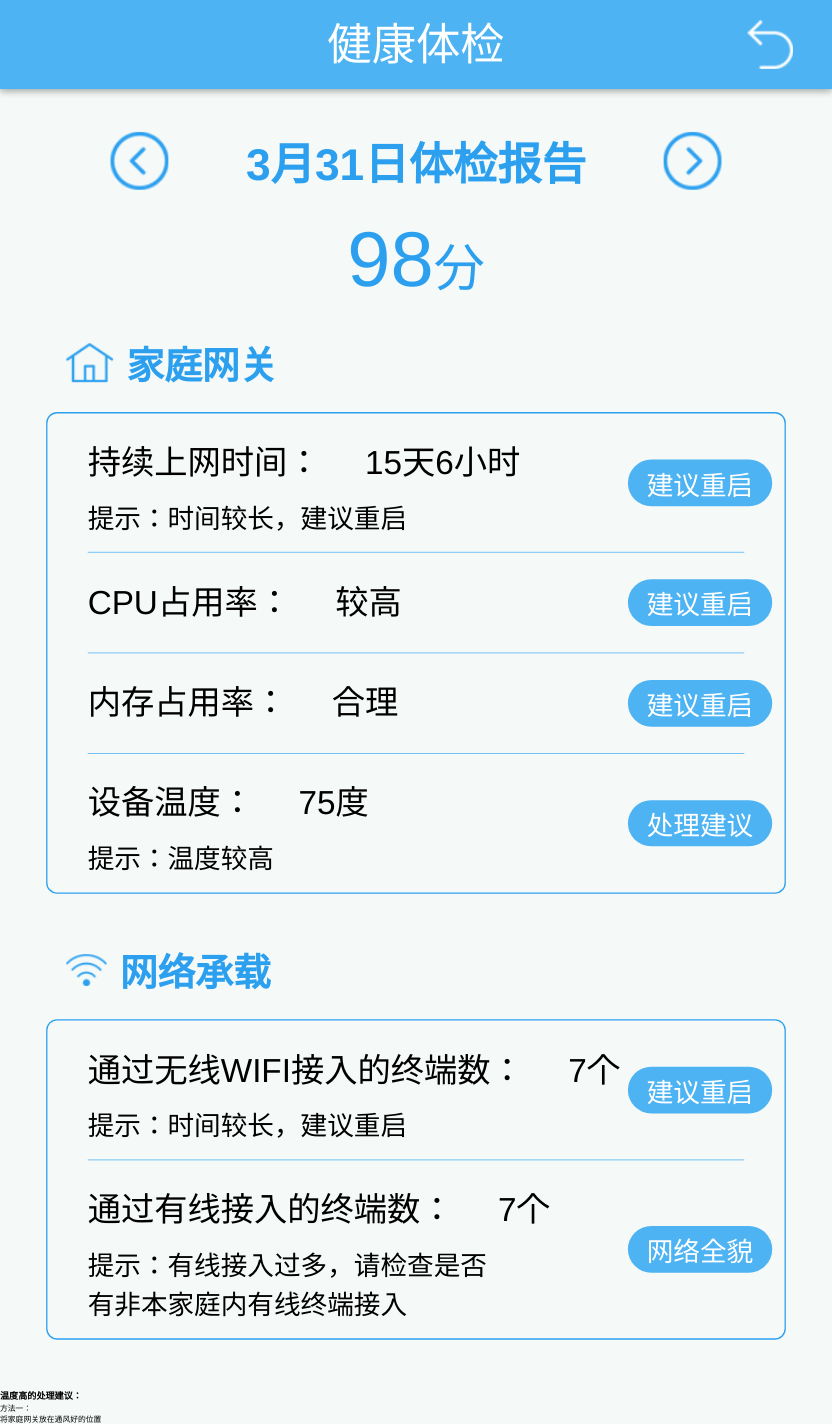
Repository: wangbiaozy/8.24
Page: index_health.html
The author's editor kept a copy of each file at every save. The page is drawn from the files as they stood at one save, then again after the next save.
The browser window is 1280 px wide. The pictures show the whole page, at 65% of full size.

Above is the page before, as saved 2018-08-23 20:51:01.

### index_health.html
<!DOCTYPE html>
<html lang="en">
<head>
    <meta charset="UTF-8">
    <meta name="viewport"
          content="width=device-width, user-scalable=no, initial-scale=1.0, maximum-scale=1.0, minimum-scale=1.0">
    <title>Title</title>
    <link rel="stylesheet" href="css/reset.min.css">
    <link rel="stylesheet/less" href="css/styles_health.less">
    <script src="js/less-1.7.0.min.js"></script>
</head>
<body>
    <header>
        <p>健康体检</p>
        <a class="back" href="javascript:void(0)"></a>
    </header>
    <main>
        <div class="head">
            <h2>
                <a href="javascript:void(0)"></a>
                <p><span>3月31日</span>体检报告</p>
                <a href="javascript:void(0)"></a>
            </h2>
            <p><span>98</span>分</p>
        </div>
        <div class="title">
            <span class="one"></span>
            <p>家庭网关</p>
        </div>
        <ul>
            <li>
                <p>持续上网时间：<span>15天6小时</span></p>
                <i>提示：时间较长，建议重启</i>
                <a href="javascript:void(0)">建议重启</a>
            </li>
            <li>
                <p>CPU占用率：<span>较高</span></p>
                <a href="javascript:void(0)">建议重启</a>
            </li>
            <li>
                <p>内存占用率：<span>合理</span></p>
                <a href="javascript:void(0)">建议重启</a>
            </li>
            <li>
                <p>设备温度：<span>75度</span></p>
                <i>提示：温度较高</i>
                <a class="hotBtn" href="javascript:void(0)">处理建议</a>
            </li>
        </ul>
        <div class="title">
            <span class="two"></span>
            <p>网络承载</p>
        </div>
        <ul>
            <li>
                <p>通过无线WIFI接入的终端数：<span>7个</span></p>
                <i>提示：时间较长，建议重启</i>
                <a href="javascript:void(0)">建议重启</a>
            </li>
            <li>
                <p>通过有线接入的终端数：<span>7个</span></p>
                <i>提示：有线接入过多，请检查是否有非本家庭内有线终端接入</i>
                <a href="javascript:void(0)">网络全貌</a>
            </li>
        </ul>
    </main>
    <!-- 高温处理建议弹窗 -->
    <section class="hot_tc">
        <h3>
            <span></span>
            <p>温度高的处理建议：</p>
        </h3>
        <ul>
            <li>
                <p>方法一：</p>
                <p>将家庭网关放在通风好的位置</p>
            </li>
        </ul>
    </section>
</body>
</html>
<script src="js/jquery-1.10.1.min.js"></script>
<script src="js/index.js"></script>

### css/reset.min.css
@charset "utf-8";
/*默认样式清除和初始化*/
body,h1,h2,h3,h4,h5,h6,hr,p,blockquote,dl,dt,dd,ul,ol,li,button,input,textarea,th,td{margin:0;padding:0}body{font-size:12px;font-style:normal;font-family:"\5FAE\8F6F\96C5\9ED1",Helvetica,sans-serif}small{font-size:12px}h1{font-size:18px}h2{font-size:16px}h3{font-size:14px}h4,h5,h6{font-size:100%}ul,ol{list-style:none}a{text-decoration:none;background-color:transparent}a:hover,a:active{outline-width:0;text-decoration:none}table{border-collapse:collapse;border-spacing:0}hr{border:0;height:1px}img{border-style:none}img:not([src]){display:none}svg:not(:root){overflow:hidden}html{-webkit-touch-callout:none;-webkit-text-size-adjust:100%}input,textarea,button,a{-webkit-tap-highlight-color:rgba(0,0,0,0)}article,aside,details,figcaption,figure,footer,header,main,menu,nav,section,summary{display:block}audio,canvas,progress,video{display:inline-block}audio:not([controls]),video:not([controls]){display:none;height:0}progress{vertical-align:baseline}mark{background-color:#ff0;color:#000}sub,sup{position:relative;font-size:75%;line-height:0;vertical-align:baseline}sub{bottom:-0.25em}sup{top:-0.5em}button,input,select,textarea{font-size:100%;outline:0}button,input{overflow:visible}button,select{text-transform:none}textarea{overflow:auto}button,html [type="button"],[type="reset"],[type="submit"]{-webkit-appearance:button}button::-moz-focus-inner,[type="button"]::-moz-focus-inner,[type="reset"]::-moz-focus-inner,[type="submit"]::-moz-focus-inner{border-style:none;padding:0}button:-moz-focusring,[type="button"]:-moz-focusring,[type="reset"]:-moz-focusring,[type="submit"]:-moz-focusring{outline:1px dotted ButtonText}[type="checkbox"],[type="radio"]{box-sizing:border-box;padding:0}[type="number"]::-webkit-inner-spin-button,[type="number"]::-webkit-outer-spin-button{height:auto}[type="search"]{-webkit-appearance:textfield;outline-offset:-2px}[type="search"]::-webkit-search-cancel-button,[type="search"]::-webkit-search-decoration{-webkit-appearance:none}::-webkit-input-placeholder{color:inherit;opacity:.54}::-webkit-file-upload-button{-webkit-appearance:button;font:inherit}.clear:after{display:block;height:0;content:"";clear:both}
*{ -webkit-tap-highlight-color: rgba(0,0,0,0);-webkit-tap-highlight-color: transparent; /* For some Androids */ }

### js/index.js
(function (doc, win) {
    var docEl = doc.documentElement,
        resizeEvt = 'orientationchange' in window ? 'orientationchange' : 'resize',
        recalc = function () {
            var clientWidth = docEl.clientWidth;
            if (!clientWidth) return;
            docEl.style.fontSize = 100 * (clientWidth / 750) + 'px';
        };
    if (!doc.addEventListener) return;
    win.addEventListener(resizeEvt, recalc, false);
    doc.addEventListener('DOMContentLoaded', recalc, false);
})(document, window);
$(function () {

    //首页一键体检
    $('#beforeBtn').on('click',function(){
        $('.before').hide();
        $('.check').show();
        $('.progress').circleProgress({
            value: 1,
            size: 115,
            startAngle: Math.PI/2,
            thickness: 14,
            animation: {duration:12000},//进度条完成时间（ms）
            fill: {
                gradient: ["#32edfd"]
            },
            //circle-animation-start：	function(event)-event - jQ事件
            //circle-animation-progress：	function(event, animationProgress, stepValue)：-event - jQ事件 animationProgress - 从0.0到1.0stepValue - 当前的步长值，从0.0到value
            //circle-animation-end:	function(event)：-event - jQ事件
        }).on('circle-animation-progress', function (event, progress, stepValue) {
                $(this).find('span').html(parseInt(stepValue.toFixed(2) * 100));
        }).on('circle-animation-end',function(){
            $('.message').removeClass('move');
            stop();
            $('.check').hide();
            $('.result').show();
        });
        start();
        messageMove();
    });

    //远程测速
    (function () {
        try {
            $('.progress_1').circleProgress({
                value: 1,
                size: 150,
                startAngle: Math.PI / 2,
                thickness: 14,
                animation: { duration: 24000 },//进度条完成时间（ms）
                fill: {
                    gradient: ["#32edfd"]
                },
            }).on('circle-animation-progress', function (event, progress, stepValue) {
                $(this).find('span').html(parseInt(stepValue.toFixed(2) * 100));
            }).on('circle-animation-end', function () {
                stop();
                $('.result_1').show();
                /* if(success){
                    $('.result_1').show();
                }else{
                    $('.result_2').show();
                } */
            });
            start();
        } catch{ }
    })();

    //优化按钮显示优化弹窗
    $('#showOptimizeTcBtn').on('click',function(){
        $('.tc_optimize').show();
    });


    //检查项滚动
    var messageInnerText = '1111';
    function messageScroll(){
        $('.message').children('li:first-child').remove();
        $('.message').append('<li>'+messageInnerText+'</li>');
        if(!$('.message').hasClass('move')){
            window.clearInterval(timer);
        }
    }
    function messageMove(){
        timer = window.setInterval(messageScroll,500);
    }


    //检测时间
    var hour,minute,second;
    hour=minute=second=0;
    var millisecond=0;
    var int;
    function start(){
        int=setInterval(times,50);
    }
    function times(){
        millisecond=millisecond+50;
        if(millisecond>=1000){
            millisecond=0;
            second=second+1;
        }
        if(second>=60){
            second=0;
            minute=minute+1;
        }

        if(minute>=60){
            minute=0;
            hour=hour+1;
        }
      $('#timeText').text((hour<10?"0"+hour:hour)+':'+(minute<10?"0"+minute:minute)+':'+(second<10?"0"+second:second));
    }
    function stop(){
        window.clearInterval(int);
    }


    //查看详细清单下拉
    $('.arrow').on('click',function(){
        var $this = $(this),
            $listBox = $(this).siblings('div');
        $listBox.slideToggle("normal",function(){
            if($listBox.css('display') === 'block'){
                $this.addClass('act');
                $this.siblings('p').css('opacity','0');
            }else{
                $this.removeClass('act');
                $this.siblings('p').css('opacity','1');
            }
        });
    });



    //网关重启 WIFI开关 LED指示灯开关 查看黑名单
    $('#controlBox').on('click','a',function(){
        var $this = $(this);
        if($this.hasClass('off')){
            $this.removeClass('off');
        }else{
            $this.addClass('off');
        }
    });

    $('#look_blacklist').on('click',function(){
        $('.blacklistModel').show();
    });

    //返回
    $('.back').on('click',function(){
        window.history.go(-1);
    });
    //关闭弹窗
    $('.close').on('click',function(){
        $(this).parent().hide();
        hideMask();
    });
    //显示遮罩层
    function showMask(){
        $("#mask").css("height",$(document).height());
        $("#mask").css("width",$(document).width());
        $("#mask").show();
        $('body').css('position','fixed');
    }
    //隐藏遮罩层
    function hideMask(){
        $("#mask").hide();
        $('body').css('position','unset');
    }
});

Loaded but not shown: js/less-1.7.0.min.js (library); js/jquery-1.10.1.min.js (library)

After the next save:
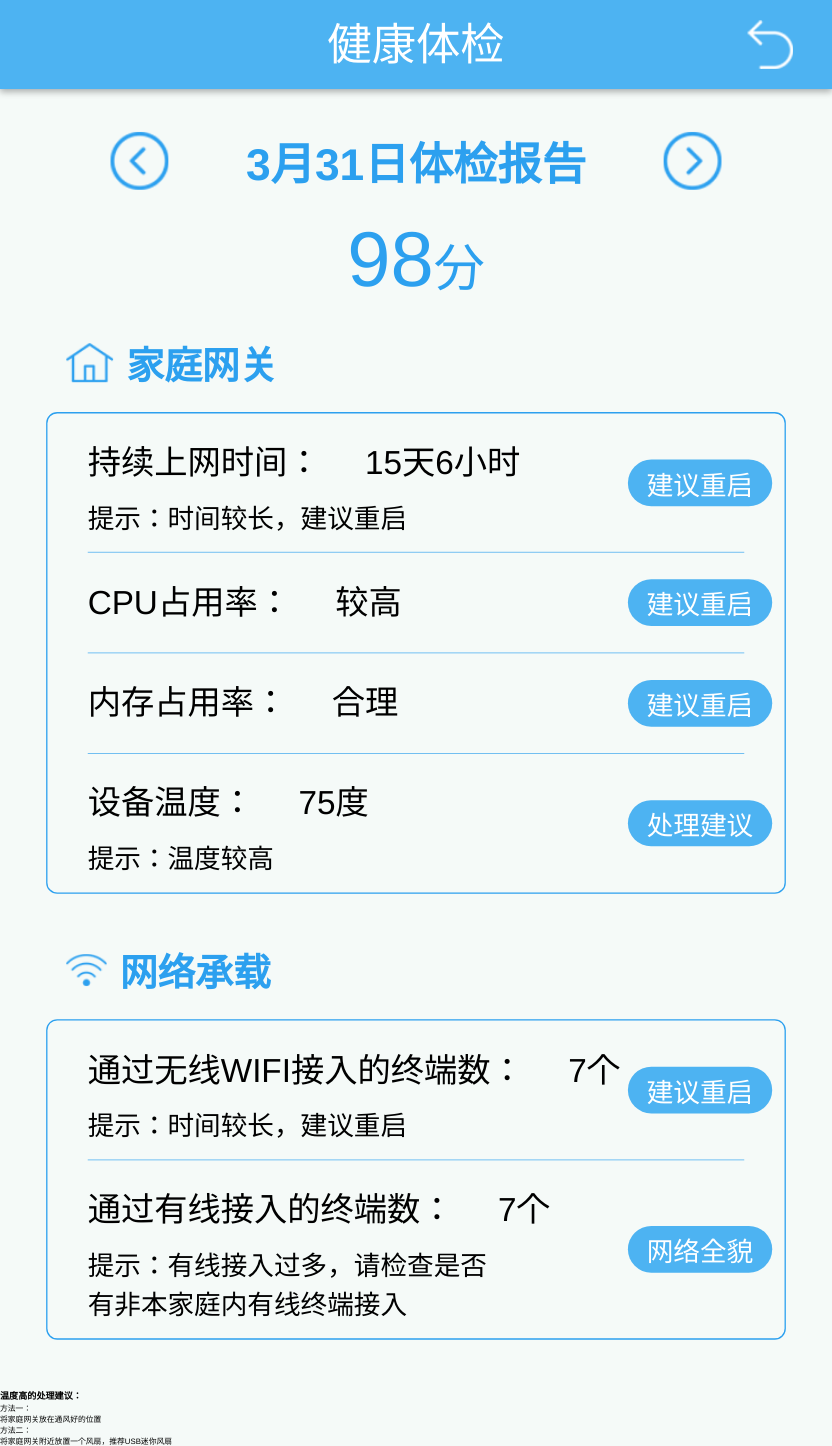
Saved 48 s later.
--- a/index_health.html
+++ b/index_health.html
@@ -75,6 +75,10 @@
                 <p>方法一：</p>
                 <p>将家庭网关放在通风好的位置</p>
             </li>
+            <li>
+                <p>方法二：</p>
+                <p>将家庭网关附近放置一个风扇，推荐USB迷你风扇</p>
+            </li>
         </ul>
     </section>
 </body>
